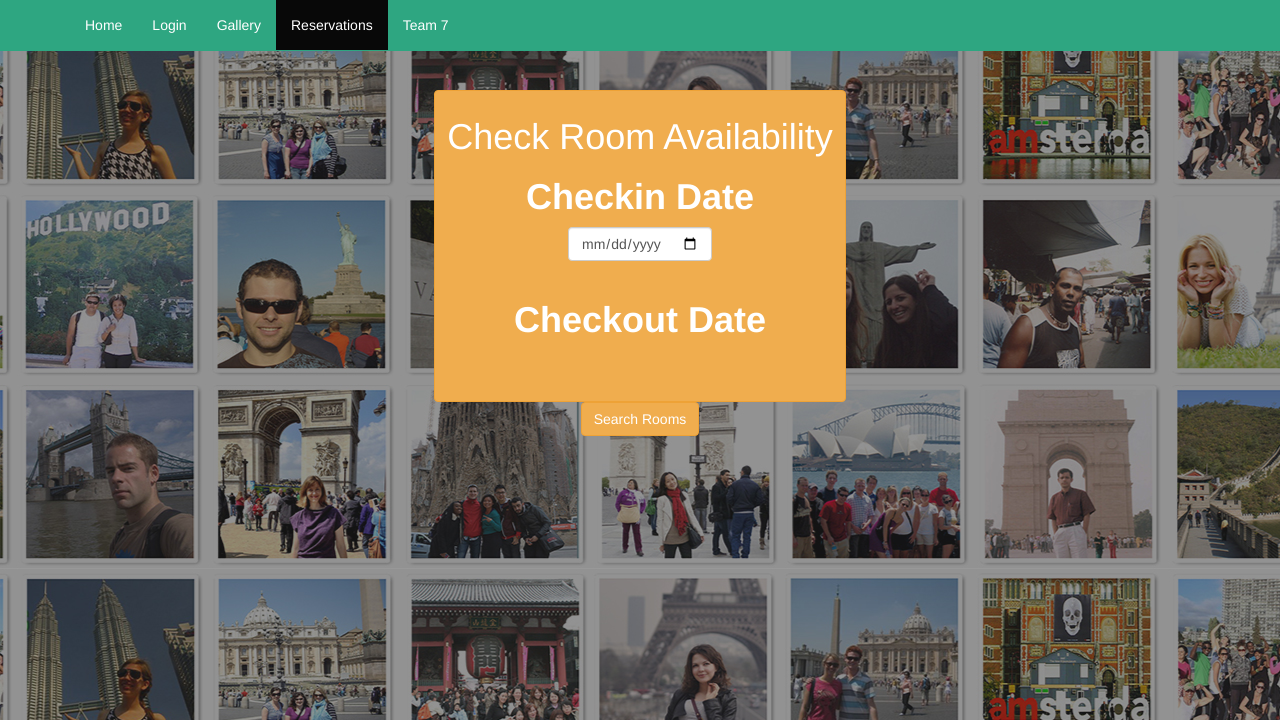
Repository: arjunshukla/CMPE-275_Team-07_Term-Project_Mini-Hotel-Manager
Page: NodeJS_webapp/client/chart.html
The author's editor kept a record of every edit. The page is drawn from the files as they stood at one moment, then again after the next edit.
The browser window is 1280 px wide. The pictures show the whole page.
Some web libraries are served in a nearby version.

Above is the page before.

### NodeJS_webapp/client/chart.html
<!DOCTYPE html>
<html lang="en">

<head>
    <meta charset="utf-8">
    <meta http-equiv="X-UA-Compatible" content="IE=edge">
    <meta name="viewport" content="width=device-width, initial-scale=1">
    <!-- The above 3 meta tags *must* come first in the head; any other head content must come *after* these tags -->
    <meta name="description" content="">
    <meta name="author" content="">
    <link rel="icon" href="../../favicon.ico">

    <title>Reservation</title>

    <!-- Bootstrap core CSS -->
    <link href="./css/bootstrap.min.css" rel="stylesheet">
    <!--<link href="./css/bootstrap.css" rel="stylesheet">-->

    <link href="./css/new-template.css" rel="stylesheet">



</head>

<body>

    <nav class="navbar navbar-inverse navbar-fixed-top">
        <div class="container">
            <div class="navbar-header">
                <button type="button" class="navbar-toggle collapsed" data-toggle="collapse" data-target="#navbar" aria-expanded="false" aria-controls="navbar">
                    <span class="sr-only">Toggle navigation</span>
                    <span class="icon-bar"></span>
                    <span class="icon-bar"></span>
                    <span class="icon-bar"></span>
                </button>
                <!--<a class="navbar-brand" href="#">Pally App</a>-->
            </div>
            <div id="navbar" class="collapse navbar-collapse">
                <ul class="nav navbar-nav">
                    <li><a href="index.html">Home</a></li>
                    <li><a href="login.html">Login</a></li>
                    <!--<li><a href="what_is_pally_updated.html">What is Pally</a></li>-->
                    <li><a href="hotel_gallery">Gallery</a></li>
                    <li class="active"><a href="reservation.html">Reservations</a></li>
                    <li><a href="meet_our_team.html">Team 7</a></li>
                </ul>
            </div>
            <!--/.nav-collapse -->
        </div>
    </nav>

    <div class="container">

        <div class="starter-template">
            <!--   <h1>Bootstrap starter template</h1>
        <p class="lead">Use this document as a way to quickly start any new project.<br> All you get is this text and a mostly barebones HTML document.</p>
         -->
            <!--<div class="row">-->

            <!--<div class="col-sm-3">-->


            <form class="form-inline" role="form" name='chart' action="/chart" method='POST' enctype='application/json'>
                <div class="btn  btn-warning">
                    <h1>Check Room Availability<br/><h1>

            <label for="checkin_date">Checkin Date</label>
            <br/>
           <input type="date" class="form-control" ng-model="checkin_date" placeholder="Select checkin date" required><br/><br/>

         <label for="checkout_date">Checkout Date</label>
         <br/>
         <!-- <input type="date" class="form-control" ng-model="checkout_date" placeholder="Select checkout date" required><br/><br/>-->
         <!--  <label for="checkout_date">Number of Rooms</label>-->
         <!--<br/>-->
         <!-- <input type="text" class="form-control" ng-model="room_no" placeholder="Select number of rooms" required><br/><br/>-->

         <!--  <label>Room Type</label>-->
         <!--  <br/>-->
         <!--  <select class="form-control" name ="room_type" required>-->
         <!--    <option value="" disabled selected>---Select---</option>-->
         <!--    <option value="K">King</option>-->
         <!--    <option value="Q">Queen</option>-->
         <!--    <option value="SK">Smoking-King</option>-->
         <!--    <option value="SQ">Smoking-Queen</option>-->
         <!--    <select>-->
             <br/>
       </div>
       <br>
        <button type="submit" class="btn  btn-warning">Search Rooms</button>
          </form>
  </div>


<!--</div>-->

        </div>

   <!--     <div class="col-sm-6">-->
   <!--   <div class="pallylogo">  -->

  	<!--<div class="row">-->
  	<!--	<div class="col-sm-12" >-->
		 <!-- 		   <div class="logo"> -->
		 <!--			   <a href="#"><img src="./images/pallylogo.png" height="151" width="197" border="0" alt="" /></a>-->
		 <!--  			 </div>-->
  	<!--	</div>-->
  	<!--</div>  -->


  	<div class="row">
  	<!--  <div class="col-sm-12" >
				  		  <div class="textbox_wrap">
								<span class="email-error"></span>
								<span style="display:none" class="pally_alert_done"><img src="" height="" width="" border="0" alt="" /></span>
		  				  </div>
  		</div>-->
  		<!--<div class="col-sm-12" >-->

  	<!--	<div class="field-area">-->
			<!--   <form action="/sendEmail" method="POST">-->
		 <!--  			   <input name="userEmail" type="email" required placeholder="Enter e-mail for invite">-->
		 <!--    		 <input type="submit" class="text_button_1" value="OK">-->
   <!-- 		  </form>-->
   <!-- 		  <form class="form-inline" role="form">-->
   <!-- 		   <div class="form-group">-->
   <!--				 <input type="email" class="form-control" id="email" placeholder="Enter email-id for Invite" required>-->
 		<!--	 </div>-->
 		<!--	  <button type="submit" class="btn  btn-warning">Submit</button>-->
   <!-- 		  </form>-->
	  <!--</div>-->

  		<!--</div>-->
  	</div>


   <!--  <div class="textbox_wrap">
	<span class="email-error"></span>
	<span style="display:none" class="pally_alert_done"><img src="" height="" width="" border="0" alt="" /></span>
    </div>

	<div class="field-area">
	  <form action="/sendEmail" method="POST">
      <input name="userEmail" type="email" required placeholder="Enter e-mail for invite" style="width:50%; margin-left:200px; font-size:20px; padding:15px 15px; border-radius:5px;">
      <input type="submit" class="text_button_1" value="OK">
      </form>
	  </div>-->

       </div>
        </div>

        </div>


      </div>

    </div><!-- /.container -->


    <!-- Bootstrap core JavaScript
    ================================================== -->
    <!-- Placed at the end of the document so the pages load faster -->
    <script src="https://ajax.googleapis.com/ajax/libs/jquery/1.11.3/jquery.min.js"></script>
    <script src="./js/bootstrap.min.js"></script>

  </body>
</html>

### NodeJS_webapp/client/css/new-template.css
body {

  padding-top: 50px;

  overflow:scroll;
    background-image: url(../images/bg.jpg) ;
  background-position: 0px 0px;
	background-repeat: repeat-x repeat-y;
	-webkit-animation: animatedBackground 40s linear infinite;
-moz-animation: animatedBackground 40s linear infinite;
-o-animation: animatedBackground 40s linear infinite;
-ms-animation: animatedBackground 40s linear infinite;
animation: animatedBackground 40s linear infinite;


	-webkit-animation: animatedBackground 40s linear infinite;

}

.starter-template {
  padding: 40px 15px;
  text-align: center;



}

@keyframes animatedBackground {
	from { background-position: 0 0; }
	to { background-position: 100% 0; }
}
@keyframes animatedBackground {
	from { background-position: 0 0; }
	to { background-position: 100% 0; }
}
@-webkit-keyframes animatedBackground {
	from { background-position: 0 0; }
	to { background-position: 100% 0; }
}
@-moz-keyframes animatedBackground {
	from { background-position: 0 0; }
	to { background-position: 100% 0; }
}
@-o-keyframes animatedBackground {
	from { background-position: 0 0; }
	to { background-position: 100% 0; }
}
@-ms-keyframes animatedBackground {
	from { background-position: 0 0; }
	to { background-position: 100% 0; }
}

 /*.carousel-inner > .item > img,
  .carousel-inner > .item > a > img {
      width: 100%;
      margin: auto;
	  border-radius:5px;
  }*/

  #myCarousel
  {
  border-radius:5px;
  }

  .navbar-inverse{

 background-color: #2ea681;
 border-color:#2ea681;
  }

.navbar-inverse .navbar-nav>li>a{

	color:#ffffff;
}

.navbar-inverse .navbar-brand{
	color:#ffffff;

}
.field-area{
	    margin-top:20px;
}

.pallylogo{
	 margin-top:30px;

}

.carousel-control{

	width: 0;
}

Loaded but not shown: NodeJS_webapp/client/css/bootstrap.min.css (library); NodeJS_webapp/client/js/bootstrap.min.js (library)

After the next edit:
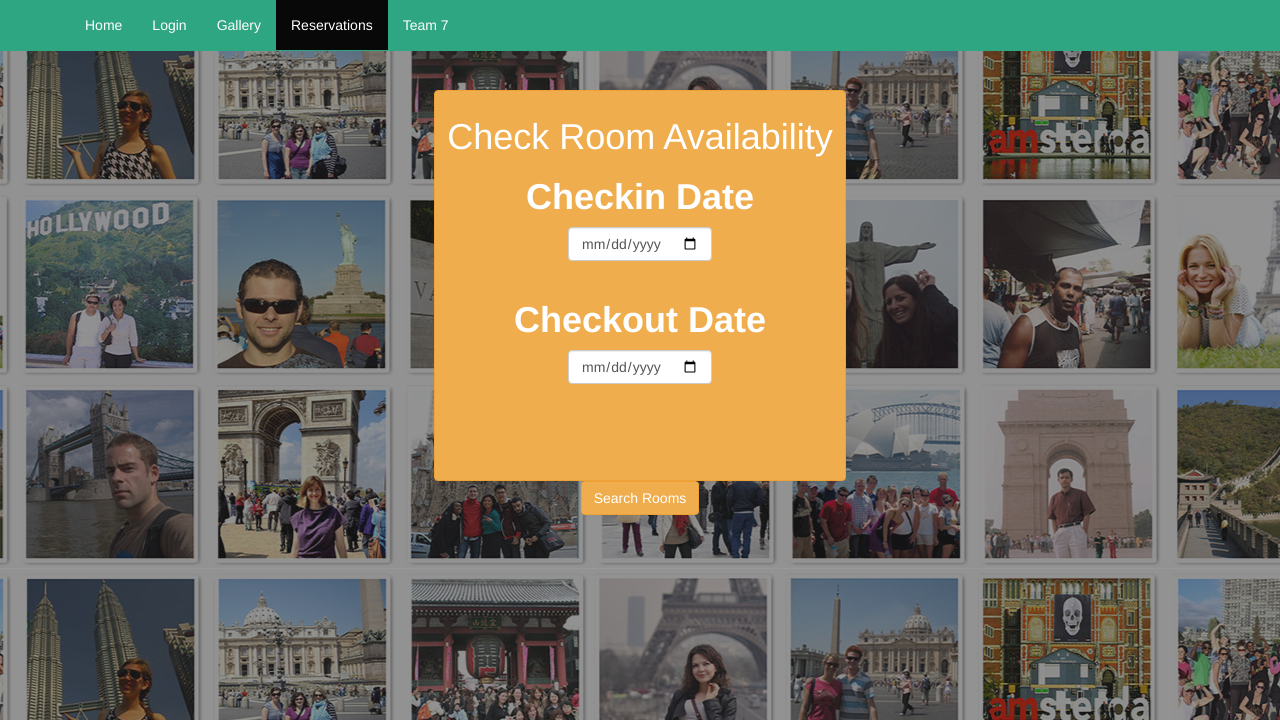
The edit:
--- a/NodeJS_webapp/client/chart.html
+++ b/NodeJS_webapp/client/chart.html
@@ -70,7 +70,7 @@
 
          <label for="checkout_date">Checkout Date</label>
          <br/>
-         <!-- <input type="date" class="form-control" ng-model="checkout_date" placeholder="Select checkout date" required><br/><br/>-->
+          <input type="date" class="form-control" ng-model="checkout_date" placeholder="Select checkout date" required><br/><br/>
          <!--  <label for="checkout_date">Number of Rooms</label>-->
          <!--<br/>-->
          <!-- <input type="text" class="form-control" ng-model="room_no" placeholder="Select number of rooms" required><br/><br/>-->
